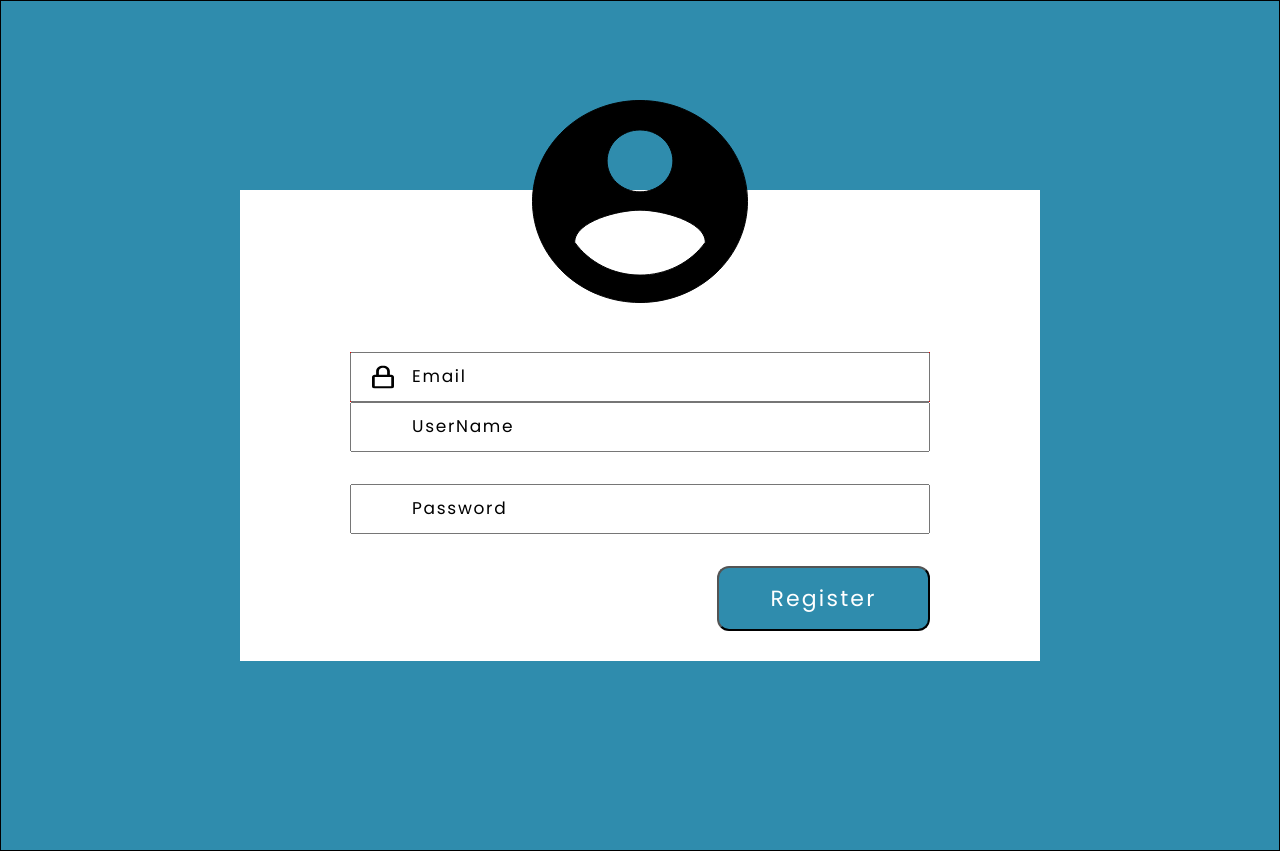
Repository: SabrinaSeydaliyeva/Agency-website
Page: pages/registerPage/index.html
The author's editor kept a copy of each file at every save. The page is drawn from the files as they stood at one save, then again after the next save.
The browser window is 1280 px wide. The pictures show the whole page.
The style sheet was rebuilt from its Sass, Less or Tailwind sources for each picture, by a compiler version that may differ from the author's.

Above is the page before, as saved 2023-09-14 16:14:50.

After the next save:
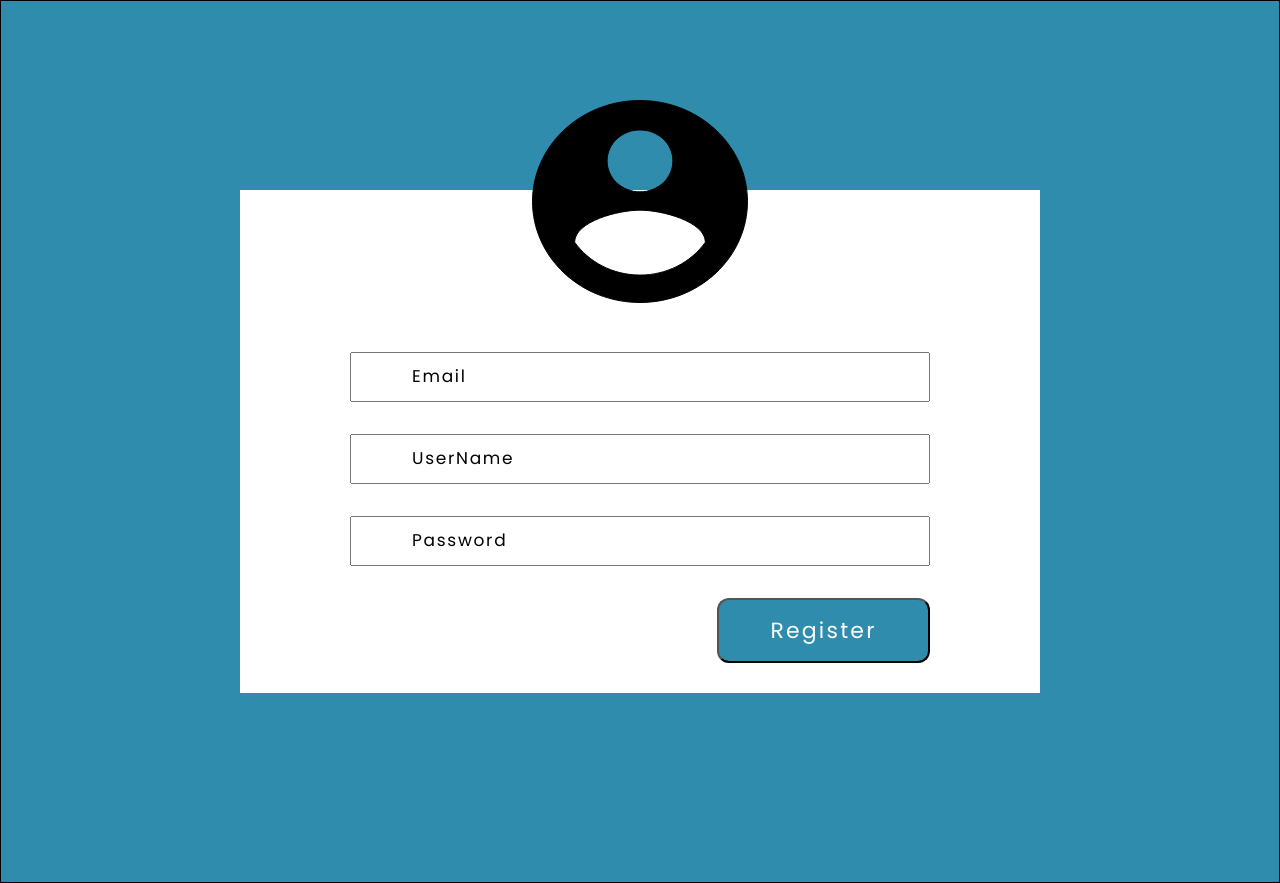
Saved 59 s later.
--- a/pages/registerPage/index.html
+++ b/pages/registerPage/index.html
@@ -13,14 +13,7 @@
 
         <div class="form-box">
             <form action="">
-                <label for="">
-
-                        <svg xmlns="http://www.w3.org/2000/svg" width="22" height="23" viewBox="0 0 22 23" fill="none">
-                            <path d="M11 0C7.20913 0 4.125 2.57945 4.125 5.75V9.2H2.75C1.23337 9.2 0 10.2315 0 11.5V20.7C0 21.9685 1.23337 23 2.75 23H19.25C20.7666 23 22 21.9685 22 20.7V11.5C22 10.2315 20.7666 9.2 19.25 9.2H17.875V5.75C17.875 2.57945 14.7909 0 11 0ZM19.25 11.5L19.2528 20.7H2.75V11.5H19.25ZM6.875 9.2V5.75C6.875 3.8479 8.72575 2.3 11 2.3C13.2743 2.3 15.125 3.8479 15.125 5.75V9.2H6.875Z" fill="black"/>
-                            </svg>
-                    <input class="email-input" type="email" name="email"  placeholder="Email">
-                </label>
-
+                <input class="email-input" type="email" name="email"  placeholder="Email">
                 <input class="name-input" type="text" name="name"  placeholder="UserName">
                 <input class="password-input" type="password"  placeholder="Password">
 <div class="btn">
